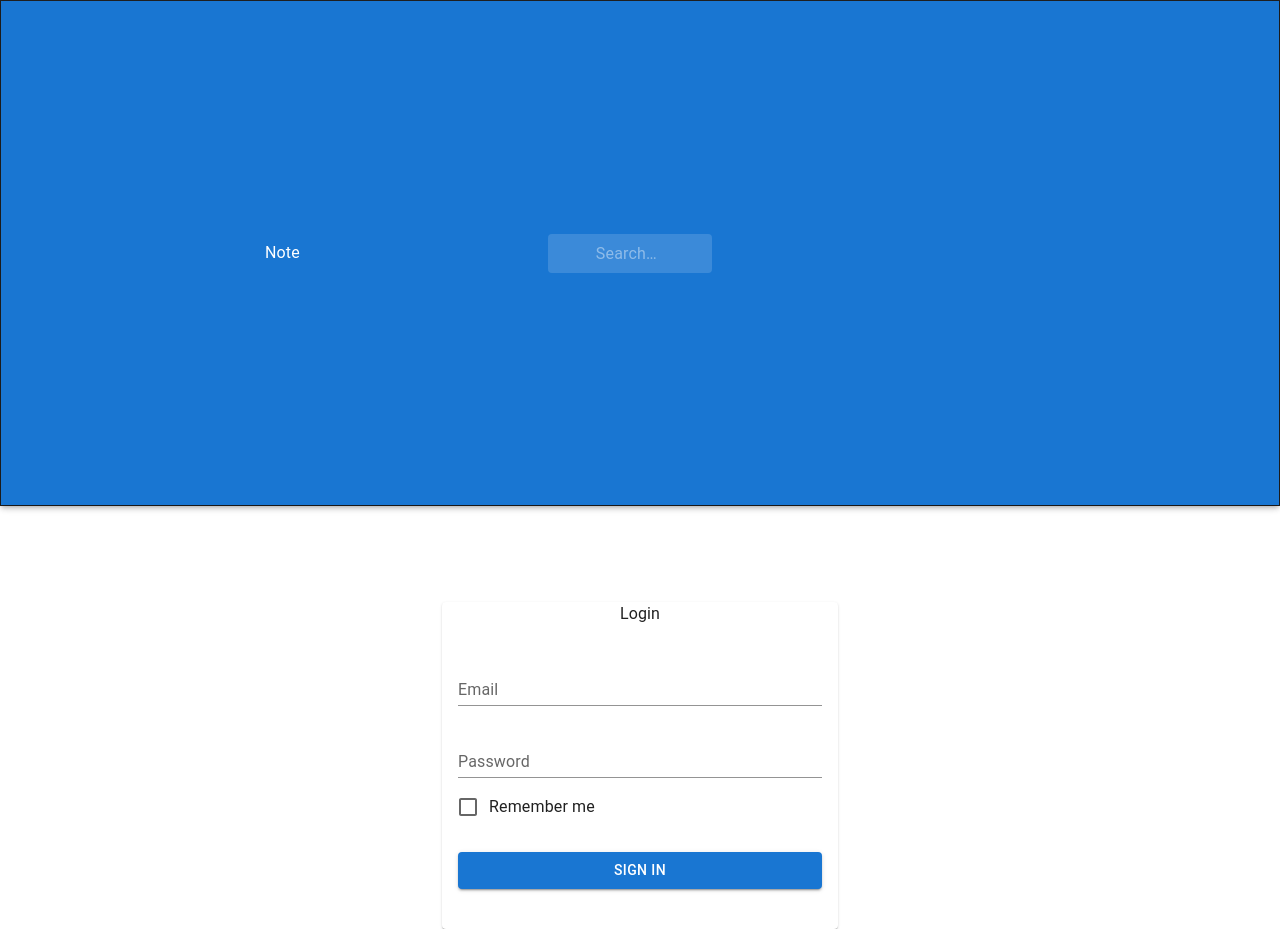
Repository: NGHIAVN1/Note
Page: /
The author's editor kept a copy of each file at every save. The page is drawn from the files as they stood at one save, then again after the next save.
The browser window is 1280 px wide. The pictures show the whole page.
The project was rebuilt for these pictures with package versions that can differ from the ones it lists, and the page was loaded fresh each time. Also part of the build but not shown: vite.config.js, src/Register.jsx, src/Pet.jsx, src/useBreedList.jsx, src/SearchParams.jsx.

Above is the page before, as saved 2024-03-20 10:43:13.

### src/index.html
<!DOCTYPE html>
<html lang="en">

<head>
  <meta charset="UTF-8">
  <meta name="viewport" content="width=device-width, initial-scale=1.0">
  <meta http-equiv="X-UA-Compatible" content="ie=edge">
  <title>Adopt Me</title>
</head>

<body>
  <div id="root">not rendered</div>
  <script type="module" src="./App.jsx">
    // Your code is going to go here

  </script>
</body>

</html>

### src/App.jsx
import React, { StrictMode } from "react";
import "./Register";
import "./LoginPages";
import "./SearchParams";
import { createRoot } from "react-dom/client";
import SearchParams from "./SearchParams";
import RegisterUser from "./Register";
import LoginPage from "./LoginPages";
import Home from "./Home";

const App = () => {
  return (
    <div>
      <StrictMode>
        <Home />
        <LoginPage />
      </StrictMode>
    </div>
  );
};

const container = document.getElementById("root");
const root = createRoot(container);
root.render(
  <StrictMode>
    <App />
  </StrictMode>
);

### src/LoginPages.jsx
import {
  CardContent,
  CardHeader,
  CssBaseline,
  TextField,
  Typography,
} from "@mui/material";
import Container from "@mui/material/Container";
import Card from "@mui/material/Card";
import { dark } from "@mui/material/styles/createPalette";
import Box from "@mui/material/Box";
import FormControlLabel from "@mui/material/FormControlLabel";
import Button from "@mui/material/Button";
import Checkbox from "@mui/material/Checkbox";
import Grid from "@mui/material/Grid";
// const defaultTheme = createTheme();
const LoginPage = () => {
  return (
    <div>
      <Container component="main" maxWidth="xs">
        <CssBaseline />
        <Box
          sx={{
            marginTop: 8,
            display: "flex",
            flexDirection: "column",
            alignItems: "center",
          }}
        >
          <Card
            sx={{
              marginTop: 4,
              display: "flex",
              flexDirection: "column",
              alignItems: "center",
            }}
          >
            <Typography sx={{ frontSize: 20 }} color={dark}>
              Login
            </Typography>
            <Box component="form" submit>
              <CardContent>
                <TextField
                  variant="standard"
                  label="Email"
                  fullWidth
                  margin="normal"
                  id="password"
                />
                <TextField
                  variant="standard"
                  id="password"
                  label="Password"
                  fullWidth
                  margin="normal"
                />
                <FormControlLabel
                  control={<Checkbox value="remember" color="primary" />}
                  label="Remember me"
                />
                <Button
                  type="submit"
                  fullWidth
                  variant="contained"
                  sx={{ mt: 3, mb: 2 }}
                >
                  Sign In
                </Button>
              </CardContent>
            </Box>
          </Card>
        </Box>
      </Container>
    </div>
  );
};
export default LoginPage;

### src/Home.jsx
import Header from "./header";
const Home = () => {
  return (
    <div>
      <Header />
    </div>
  );
};
export default Home;

### src/header.jsx
import * as React from "react";
import { Box, Typography, AppBar } from "@mui/material";
import { styled, alpha } from "@mui/material/styles";
import Toolbar from "@mui/material/Toolbar";
import InputBase from "@mui/material/InputBase";
import SearchIcon from "@mui/icons-material/Search";
import MenuIcon from "@mui/icons-material/Menu";
import IconButton from "@mui/material/IconButton";
const Search = styled("div")(({ theme }) => ({
  position: "static",
  borderRadius: theme.shape.borderRadius,
  backgroundColor: alpha(theme.palette.common.white, 0.15),
  "&:hover": {
    backgroundColor: alpha(theme.palette.common.white, 0.25),
  },
  marginLeft: 0,
  width: "100%",
  [theme.breakpoints.up("sm")]: {
    marginLeft: theme.spacing(1),
    width: "auto",
  },
}));

const SearchIconWrapper = styled("div")(({ theme }) => ({
  padding: theme.spacing(0, 2),
  height: "100%",
  position: "absolute",
  pointerEvents: "none",
  display: "flex",
  alignItems: "center",
  justifyContent: "center",
}));

const StyledInputBase = styled(InputBase)(({ theme }) => ({
  color: "inherit",
  width: "100%",
  "& .MuiInputBase-input": {
    padding: theme.spacing(1, 1, 1, 0),
    // vertical padding + font size from searchIcon
    paddingLeft: `calc(1em + ${theme.spacing(4)})`,
    transition: theme.transitions.create("width"),
    [theme.breakpoints.up("sm")]: {
      width: "12ch",
      "&:focus": {
        width: "20ch",
      },
    },
  },
}));
const Header = () => {
  return (
    <div>
      <Box
        sx={{
          flexGrow: 3,
          border: 1,
        }}
      >
        <AppBar
          position="static"
          sx={{
            flexGrow: 2,
          }}
        >
          <Toolbar>
            <Typography
              position={"relative"}
              sx={{
                padding: 30,
              }}
            >
              Note
            </Typography>
            <Search>
              <SearchIconWrapper>
                <searchIcon />
              </SearchIconWrapper>
              <StyledInputBase
                placeholder="Search…"
                inputProps={{ "aria-label": "search" }}
              />
            </Search>
          </Toolbar>
        </AppBar>
      </Box>
    </div>
  );
};
export default Header;

After the next save:
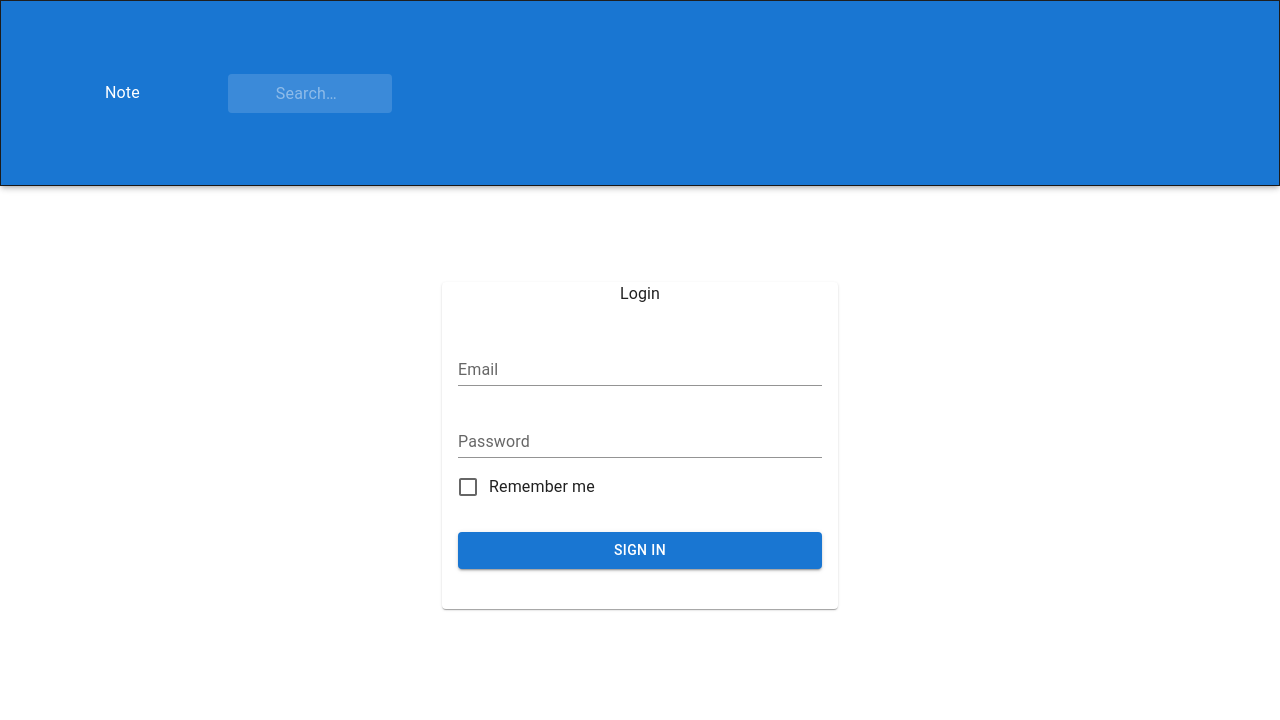
Saved 6 s later.
--- a/src/header.jsx
+++ b/src/header.jsx
@@ -66,7 +66,7 @@ const Header = () => {
             <Typography
               position={"relative"}
               sx={{
-                padding: 30,
+                padding: 10,
               }}
             >
               Note
